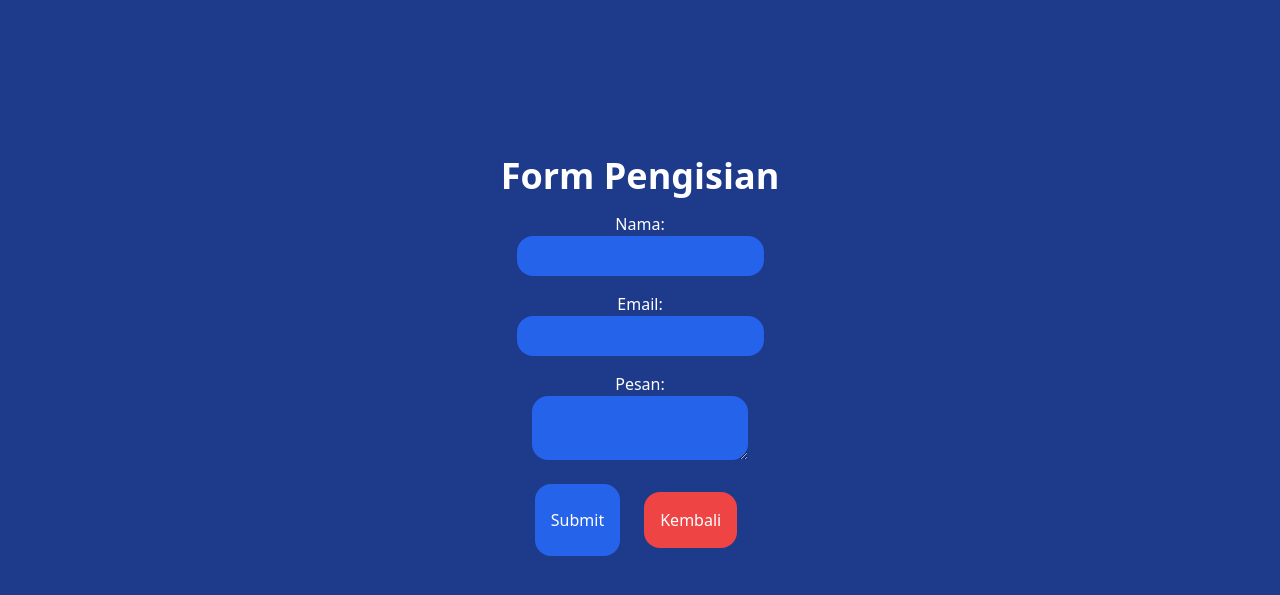
Repository: RifaiKN/flask-week10
Page: http://localhost/form/
The author's editor kept a copy of each file at every save. The page is drawn from the files as they stood at one save, then again after the next save.
The browser window is 1280 px wide. The pictures show the whole page.
The page is served by the project's application, run on Flask 3 (app.py).

Above is the page before, as saved 2023-11-17 22:46:37.

After the next save:
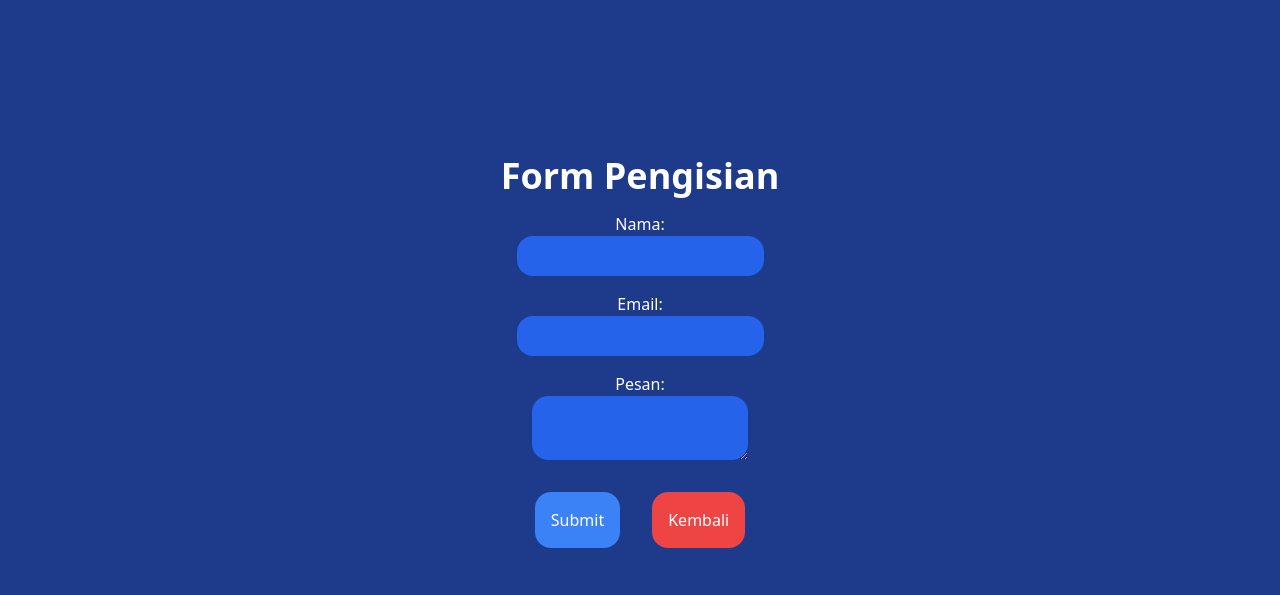
Saved 38 s later.
--- a/templates/form.html
+++ b/templates/form.html
@@ -22,7 +22,7 @@
             class="bg-blue-600 text-white p-2 rounded-2xl focus:outline-none focus:ring focus:border-blue-300 mb-4"></textarea>
         <div>
             <div class="flex">
-                <button type="submit" class="m-2 p-4 bg-blue-600 hover:bg-blue-700 rounded-2xl text-white focus:outline-none focus:ring focus:border-blue-300">Submit</button>
+                <button type="submit" class="m-4 p-4 bg-blue-500 hover:bg-blue-600 rounded-2xl text-white">Submit</button>
                 <a href="/" class="m-4 p-4 bg-red-500 hover:bg-red-600 rounded-2xl text-white">Kembali</a>
             </div>
         </div>
